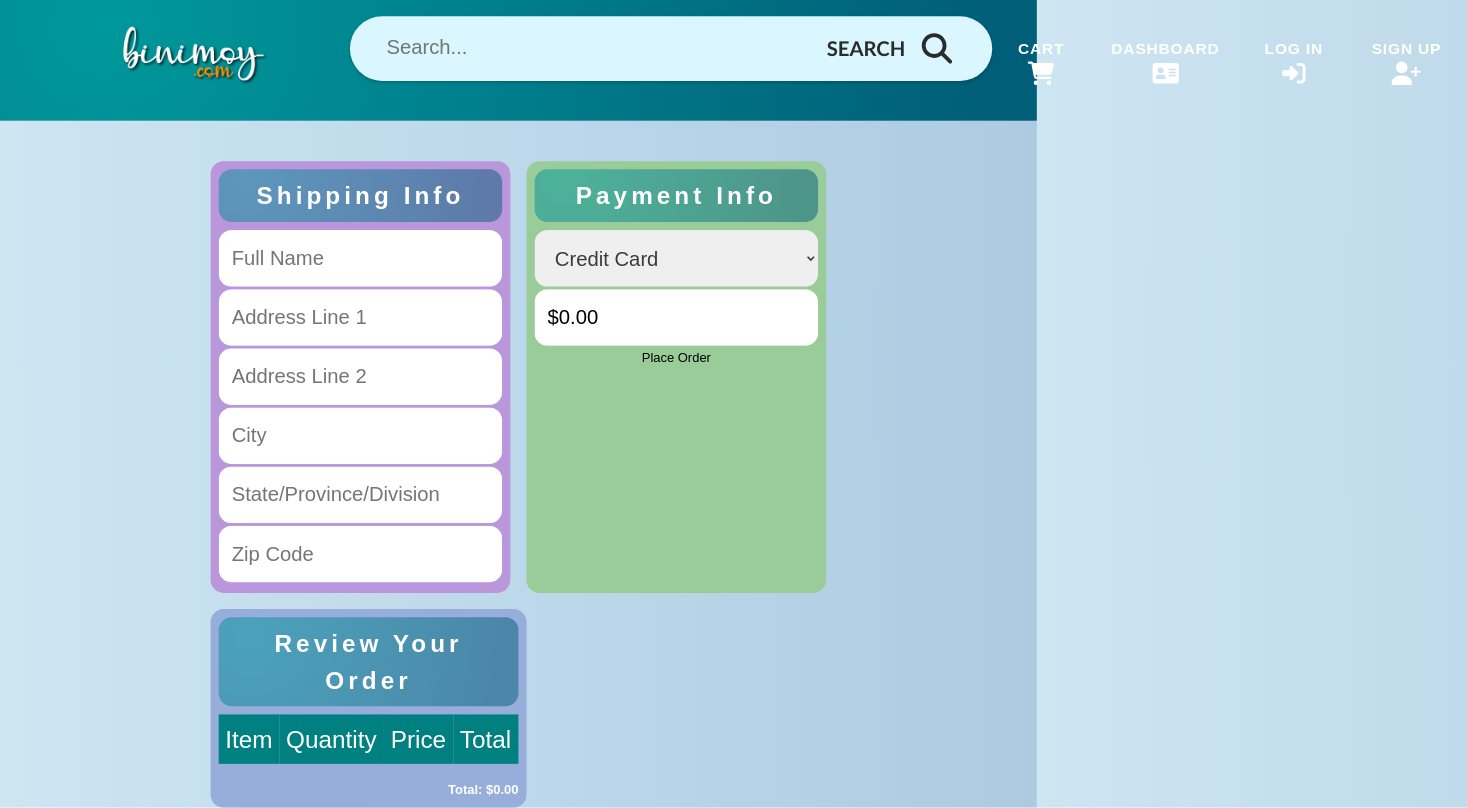
Repository: Shadman2024/2_1_DatabaseProject
Page: /checkout (app in frontend/)
These files come from the project's save history. The page is drawn as it stood at one moment and after the next save; the edit follows.
The browser window is 1280 px wide. The page is 1811 px wide, so the pictures cover 1811 px, including what lies to the right of the window. The pictures show the whole page, at 81% of full size.
Some web libraries are served in a nearby version. The project was rebuilt for these pictures with package versions that can differ from the ones it lists, and the page was loaded fresh each time. Also part of the build but not shown: frontend/src/App.css, frontend/src/signUp/signup.js, frontend/src/logIn/login.js, frontend/src/Home/home.module.css, frontend/src/Home/hero.js, frontend/src/Home/hero2.js, frontend/src/Home/hero3.js, frontend/src/Home/smallcategory.module.css and 31 more.

Above is the page before, as saved 2024-03-08 15:35:19.

After the next save:
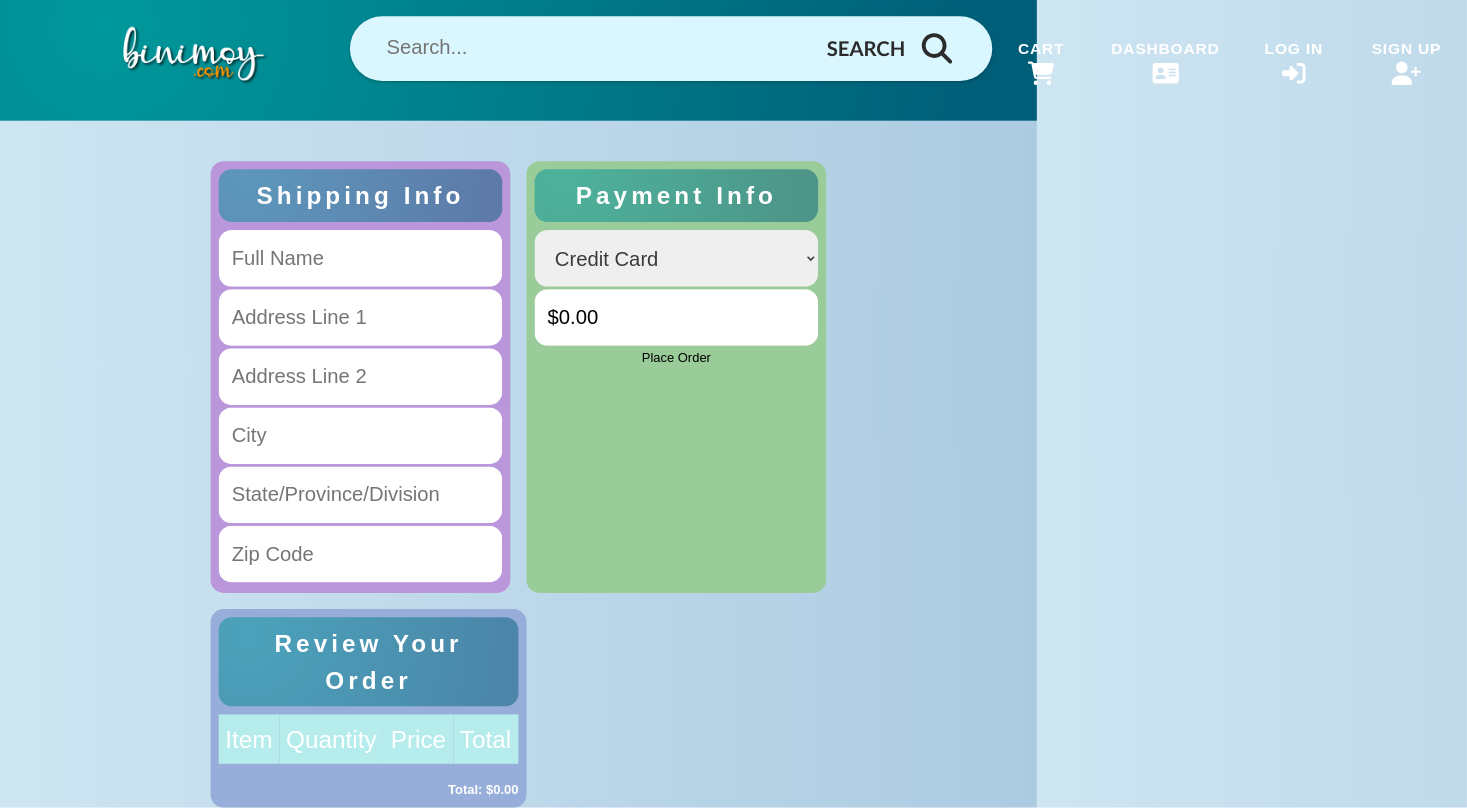
Saved 5 s later.
--- a/frontend/src/checkout/checkout.module.css
+++ b/frontend/src/checkout/checkout.module.css
@@ -120,7 +120,7 @@ input[type="text"]:focus {
   }
 
   .reviewTable th {
-    background-color: teal;
+    background-color: rgb(182, 236, 236);
     font-size: 30px;
     font-weight: normal;
   }
